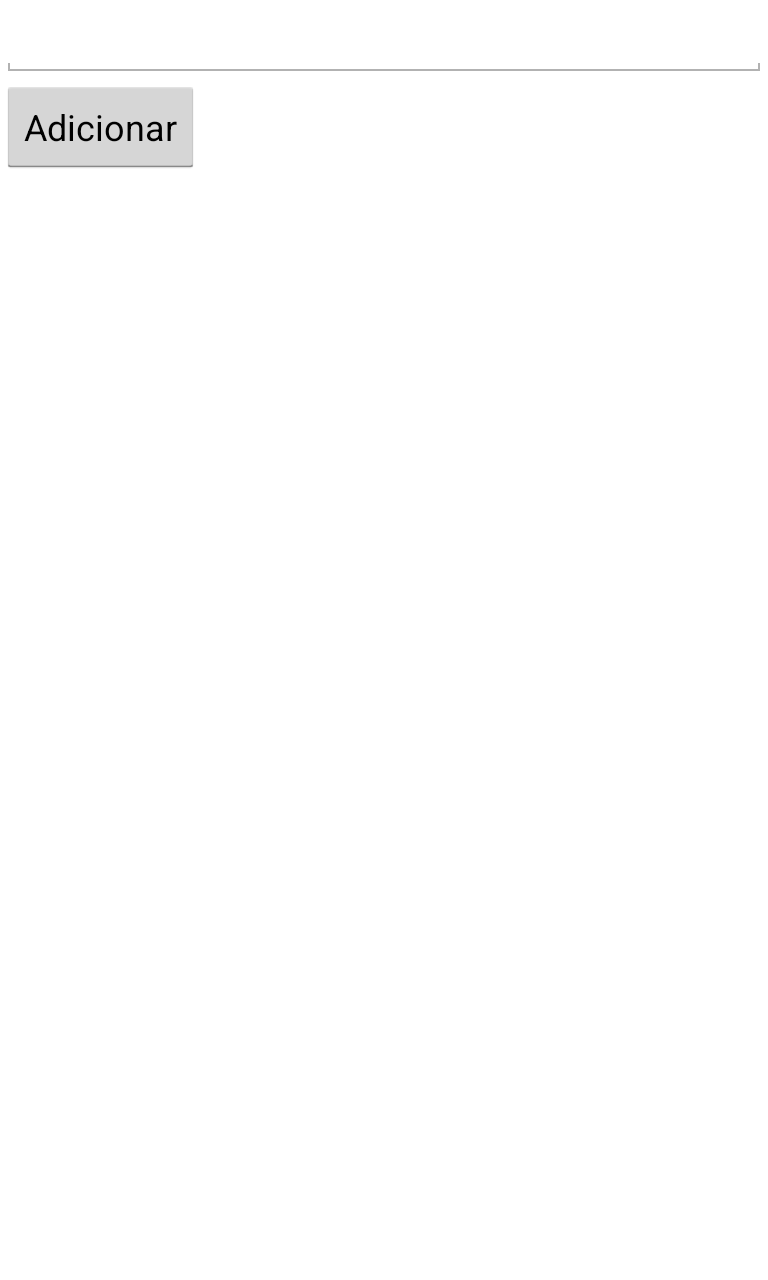
Repository: felipemfp/android-workspace
Layout: Aula05/res/layout/activity_slave.xml
These files come from the project's save history. The layout is drawn as it stood at one moment and after a run of saves; the edit follows.
It is drawn on a 768 x 1280 px phone screen (xhdpi) without system bars, with theme AppTheme; the app's code is not run.

Above is the layout before, as saved 2015-12-15 12:02:34.

### Aula05/res/layout/activity_slave.xml
<?xml version="1.0" encoding="utf-8"?>
<LinearLayout xmlns:android="http://schemas.android.com/apk/res/android"
    android:layout_width="match_parent"
    android:layout_height="match_parent"
    android:orientation="vertical" >

    <EditText
        android:id="@+id/editText1"
        android:layout_width="match_parent"
        android:layout_height="wrap_content"
        android:inputType="text" />

    <Button
   	    android:layout_width="wrap_content"
   	    android:layout_height="wrap_content"
   	    android:text="Adicionar"
   	   	android:id="@+id/btnAdicionar"
   	   	android:onClick="button1Click"/>

    <TextView
        android:id="@+id/textView1"
        android:layout_width="match_parent"
        android:layout_height="wrap_content"
        android:layout_weight="1"/>

</LinearLayout>

Loaded but not shown: Aula05/res/values/styles.xml (common file); Aula05/res/values-v11/styles.xml (common file); Aula05/res/values-v14/styles.xml (common file)

After the next 2 saves:
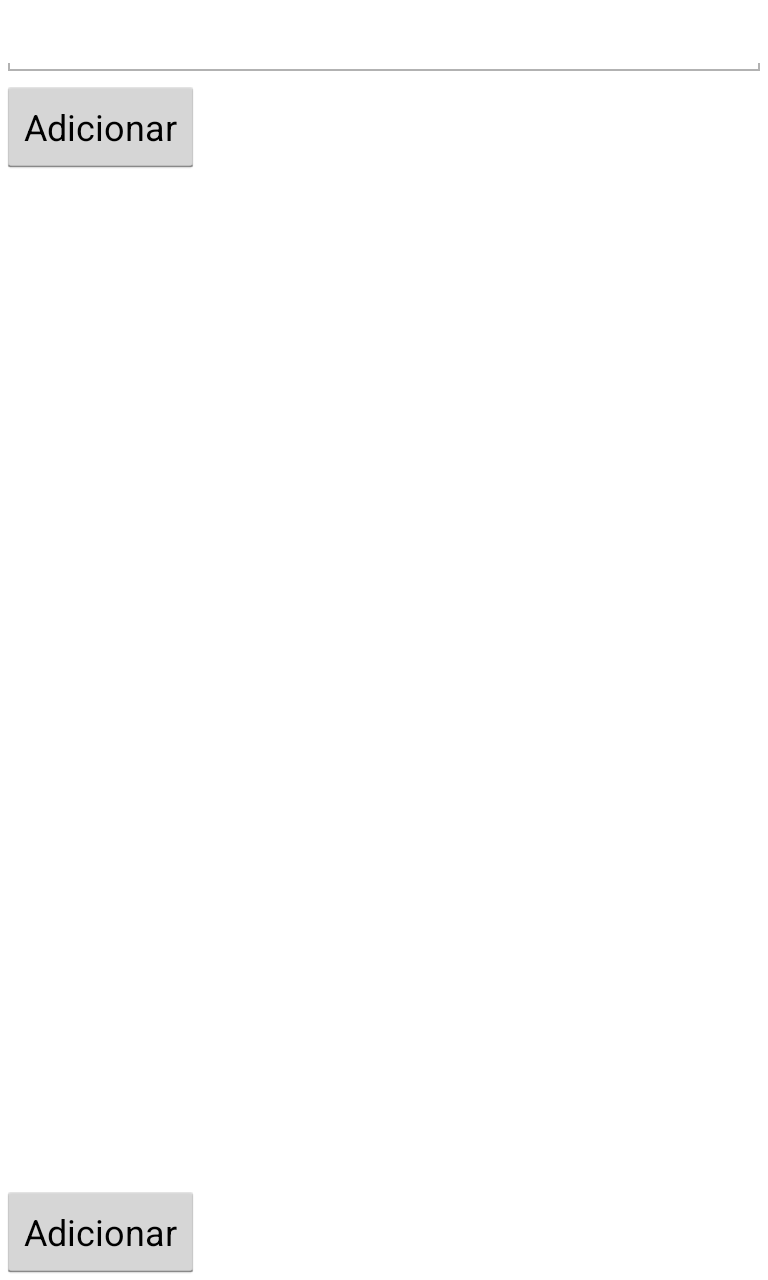
The 2 saves are shown as one change because they came seconds apart.
The last was saved 9 s later.
--- a/Aula05/res/layout/activity_slave.xml
+++ b/Aula05/res/layout/activity_slave.xml
@@ -23,4 +23,11 @@
         android:layout_height="wrap_content"
         android:layout_weight="1"/>
 
+    <Button
+   	    android:layout_width="wrap_content"
+   	    android:layout_height="wrap_content"
+   	    android:text="Adicionar"
+   	   	android:id="@+id/btnAdicionar"
+   	   	android:onClick="button1Click"/>
+
 </LinearLayout>
